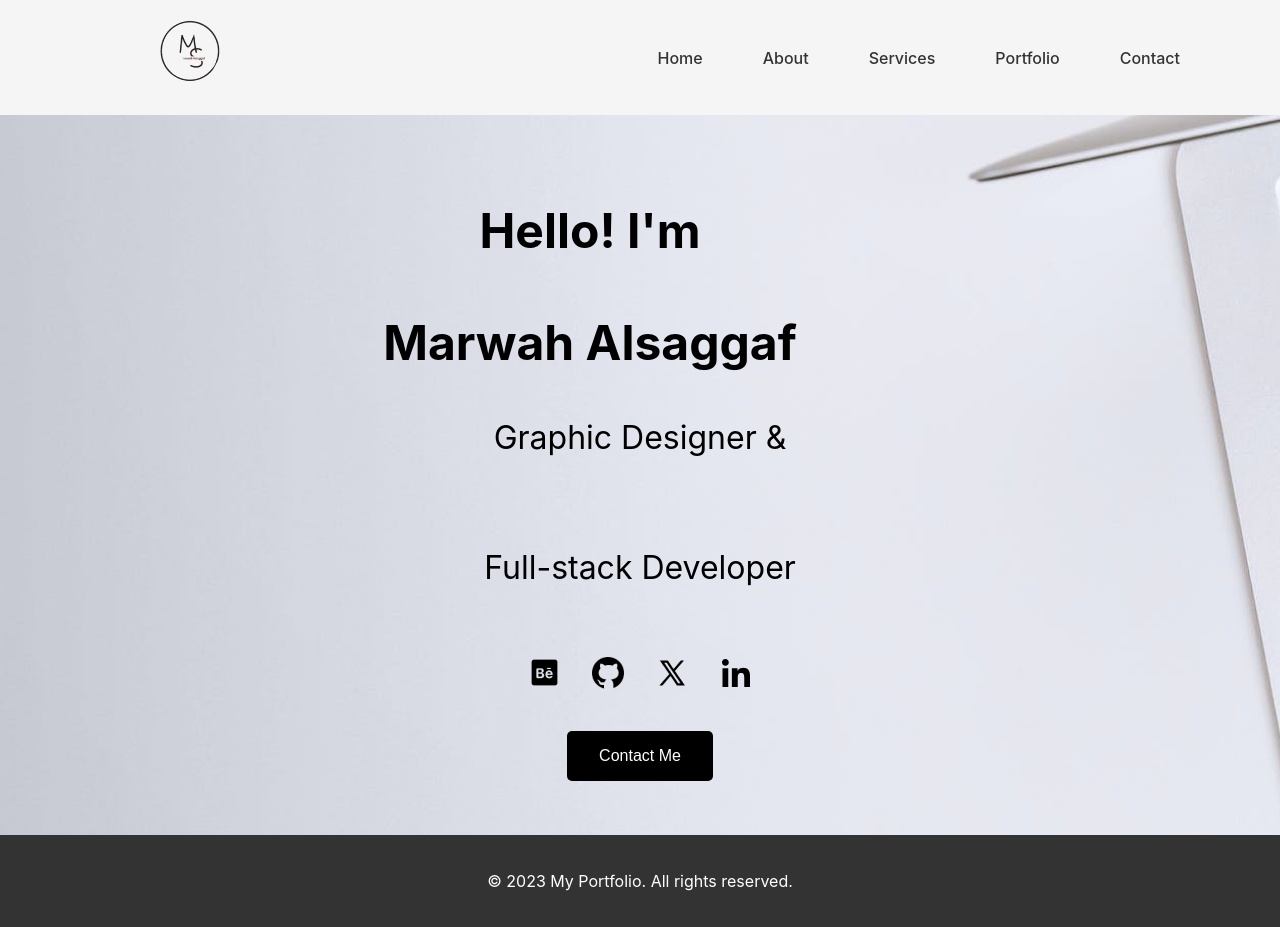
Repository: MEROO1010/Portfolio_00
Page: / (app in portfolio_00/)
These files come from the project's save history. The page is drawn as it stood at one moment and after the next save; the edit follows.
The browser window is 1280 px wide. The pictures show the whole page.
The project was rebuilt for these pictures with package versions that can differ from the ones it lists, and the page was loaded fresh each time. Also part of the build but not shown: portfolio_00/src/components/About.jsx, portfolio_00/src/components/Services.jsx, portfolio_00/src/components/Portfolio.jsx, portfolio_00/src/components/Contact.jsx.

Above is the page before, as saved 2024-11-17 11:44:32.

### portfolio_00/src/App.jsx
import React from 'react';
import { BrowserRouter, Route, Routes } from 'react-router-dom';
import Header from './components/Header';
import Home from './components/Home';
import About from './components/About';
import Services from './components/Services';
import Portfolio from './components/Portfolio';
import Contact from './components/Contact';
import Footer from './components/Footer';
// import GlobalStyle from './styles/global';

const App = () => {
  return (
    <BrowserRouter>
      <Header />

      <Routes>
        <Route path="/" element={<Home />} />
        <Route path="/about" element={<About />} />
        <Route path="/services" element={<Services />} />
        <Route path="/portfolio" element={<Portfolio />} />
        <Route path="/contact" element={<Contact />} />
      </Routes>

      <Footer />
    </BrowserRouter>
  );
};

export default App;

### portfolio_00/src/features/counter/counterSlice.js
import { createAsyncThunk, createSlice } from '@reduxjs/toolkit';
import { fetchCount } from './counterAPI';

const initialState = {
  value: 0,
  status: 'idle',
};

// The function below is called a thunk and allows us to perform async logic. It
// can be dispatched like a regular action: `dispatch(incrementAsync(10))`. This
// will call the thunk with the `dispatch` function as the first argument. Async
// code can then be executed and other actions can be dispatched. Thunks are
// typically used to make async requests.
export const incrementAsync = createAsyncThunk(
  'counter/fetchCount',
  async (amount) => {
    const response = await fetchCount(amount);
    // The value we return becomes the `fulfilled` action payload
    return response.data;
  }
);

export const counterSlice = createSlice({
  name: 'counter',
  initialState,
  // The `reducers` field lets us define reducers and generate associated actions
  reducers: {
    increment: (state) => {
      // Redux Toolkit allows us to write "mutating" logic in reducers. It
      // doesn't actually mutate the state because it uses the Immer library,
      // which detects changes to a "draft state" and produces a brand new
      // immutable state based off those changes
      state.value += 1;
    },
    decrement: (state) => {
      state.value -= 1;
    },
    // Use the PayloadAction type to declare the contents of `action.payload`
    incrementByAmount: (state, action) => {
      state.value += action.payload;
    },
  },
  // The `extraReducers` field lets the slice handle actions defined elsewhere,
  // including actions generated by createAsyncThunk or in other slices.
  extraReducers: (builder) => {
    builder
      .addCase(incrementAsync.pending, (state) => {
        state.status = 'loading';
      })
      .addCase(incrementAsync.fulfilled, (state, action) => {
        state.status = 'idle';
        state.value += action.payload;
      });
  },
});

export const { increment, decrement, incrementByAmount } = counterSlice.actions;

// The function below is called a selector and allows us to select a value from
// the state. Selectors can also be defined inline where they're used instead of
// in the slice file. For example: `useSelector((state: RootState) => state.counter.value)`
export const selectCount = (state) => state.counter.value;

// We can also write thunks by hand, which may contain both sync and async logic.
// Here's an example of conditionally dispatching actions based on current state.
export const incrementIfOdd = (amount) => (dispatch, getState) => {
  const currentValue = selectCount(getState());
  if (currentValue % 2 === 1) {
    dispatch(incrementByAmount(amount));
  }
};

export default counterSlice.reducer;

### portfolio_00/src/components/Header.jsx
import React from 'react';
import styled from 'styled-components';
import { Link } from 'react-router-dom';
import ImageLogo from '../assets/white_logo.png';

const HeaderContainer = styled.header`
  background-color: #f5f5f5;
  padding: 10px 100px;
  display: flex;
  justify-content: space-between;
  align-items: center;
`;

const Logo = styled.h1`
  margin:4px;
  padding-left:40px;
`;

const NavLinks = styled .nav`
  display: flex;
  gap: 60px;
`;

const NavLink = styled(Link)`
  text-decoration: none;
  color: #333;
  font-weight: 500;

  &:hover {
    color: #3BB873;
  }
`;

const Header = () => {
  return (
    <HeaderContainer>
      <Logo><img src={ImageLogo} alt="Description of image" /></Logo>
      <NavLinks>
        <NavLink to="/">Home</NavLink>
        <NavLink to="/about">About</NavLink>
        <NavLink to="/services">Services</NavLink>
        <NavLink to="/portfolio">Portfolio</NavLink>
        <NavLink to="/contact">Contact</NavLink>
      </NavLinks>
    </HeaderContainer>
  );
};

export default Header;

### portfolio_00/src/components/Home.jsx
import React from 'react';
import styled from 'styled-components';
import Behance from "../assets/Behance.png";
import Github from "../assets/GitHub.png";
import X from "../assets/X.png";
import LinkedIn from "../assets/LinkedIn.png"
import BG from "../assets/BG_HomePage.png"



const Container = styled.div`
  display: flex;
  flex-direction: column;
  align-items: center;
  justify-content: center;
  height: 100vh;
  background-image: url(${BG});
`;

const Title = styled.h1`
  font-size: 3em;
  font-weight: bold;
  color: #000;
  margin-bottom: 20px;
  margin-right:100px;
`;

const Subtitle = styled.h2`
  font-size: 2em;
  font-weight: normal;
  color: #000;
  margin-bottom: 2em;
`;

const SocialLinks = styled.div`
  display: flex;
  gap: 1em;
  margin-bottom: 2em;
`;

const SocialLink = styled.a`
  display: flex;
  align-items: center;
  justify-content: center;
  width: 3em;
  height: 3em;



  color: #000;
  text-decoration: none;

  &:hover {
    background-color: #ddd;
    border-radius: 50%;
    box-shadow: 0 2px 4px rgba(0, 0, 0, 0.1);
  }
`;

const Button = styled.button`
  background-color: #000;
  color: #fff;
  padding: 1em 2em;
  border: none;
  border-radius: 5px;
  font-size: 1em;
  cursor: pointer;
`;

const App = () => {
  return (
    <Container>
      <Title>Hello! I'm</Title>
      <Title>Marwah Alsaggaf</Title>
      <Subtitle>Graphic Designer &</Subtitle>
      <Subtitle>Full-stack Developer</Subtitle>
      <SocialLinks>
        <SocialLink href="https://www.behance.net/merooalsaggaf" target="_blank">
          <span><img src={Behance}/></span>
        </SocialLink>
        <SocialLink href="https://github.com/MEROO1010" target="_blank">
          <span><img src={Github}/></span>
        </SocialLink>
        <SocialLink href="https://x.com/meroo_alsaggaf" target="_blank">
          <span><img src={X}/></span>
        </SocialLink>
        <SocialLink href="https://www.linkedin.com/in/marwah-alsaggaf-ba44011b2/" target="_blank">
          <span><img src={LinkedIn}/></span>
        </SocialLink>
      </SocialLinks>
      <Button>Contact Me</Button>
    </Container>
  );
};

export default App;

### portfolio_00/src/components/Footer.jsx
import React from 'react';
import styled from 'styled-components';

const FooterContainer = styled.footer`
  padding: 20px;
  background-color: #333;
  color: white;
  text-align: center;
`;

const Footer = () => {
  return (
    <FooterContainer>
      <p>&copy; 2023 My Portfolio. All rights reserved.</p>
    </FooterContainer>
  );
};

export default Footer;

Loaded but not shown: portfolio_00/public/index.html (common file); portfolio_00/src/index.js (common file); portfolio_00/src/app/store.js (common file); portfolio_00/src/reportWebVitals.js (common file); portfolio_00/src/index.css (common file); portfolio_00/src/features/counter/counterAPI.js (common file)

After the next save:
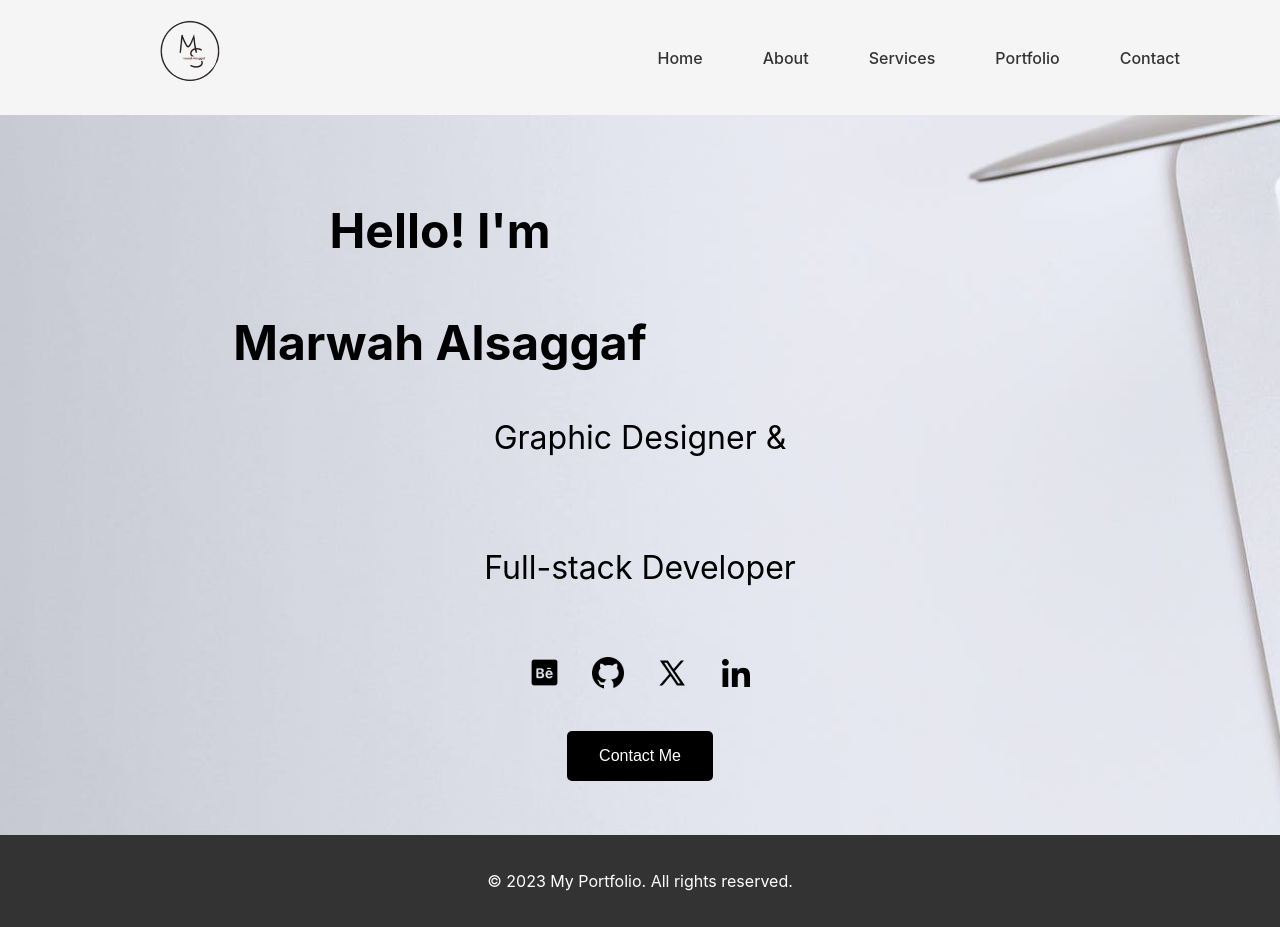
Saved 6 s later.
--- a/portfolio_00/src/components/Home.jsx
+++ b/portfolio_00/src/components/Home.jsx
@@ -22,7 +22,7 @@ const Title = styled.h1`
   font-weight: bold;
   color: #000;
   margin-bottom: 20px;
-  margin-right:100px;
+  margin-right:400px;
 `;
 
 const Subtitle = styled.h2`
